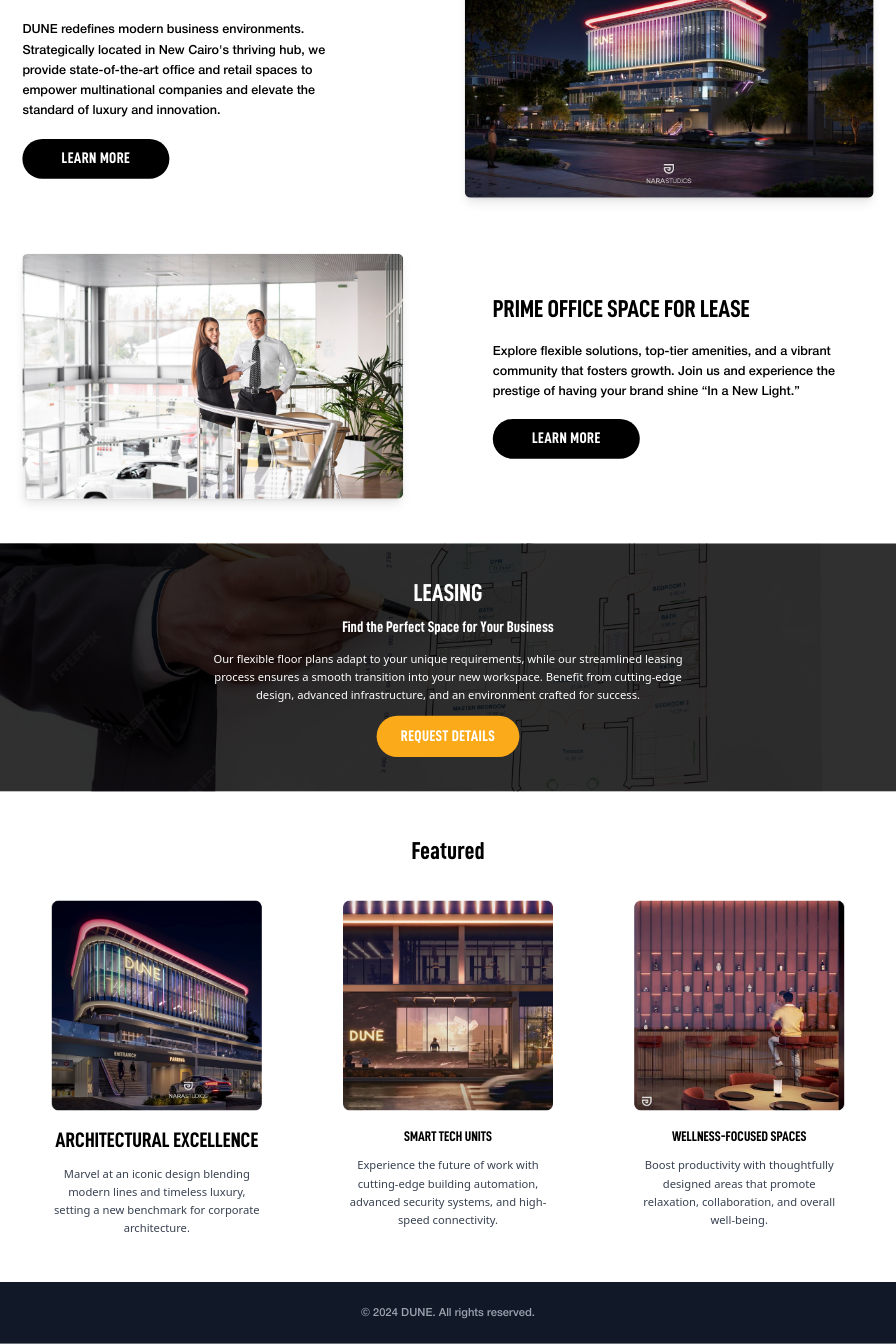
Repository: ahmedassr5765/dune
Page: index.html
The author's editor kept a copy of each file at every save. The page is drawn from the files as they stood at one save, then again after a run of saves.
The browser window is 1280 px wide. The pictures show the part of the page from y = 1328 to 3248 px (the page is 3248 px tall), at 70% of full size.
Some web libraries are served in a nearby version.

Above is the page before, as saved 2025-07-12 18:57:15.

### index.html
<!DOCTYPE html>
<html lang="en" dir="ltr">
<head>
    <meta charset="UTF-8">
    <meta name="viewport" content="width=device-width, initial-scale=1.0">
    <title>DUNE</title>

    <!-- Google Fonts -->
    <link rel="preconnect" href="https://fonts.googleapis.com">
    <link rel="preconnect" href="https://fonts.gstatic.com" crossorigin>
    <link href="https://fonts.googleapis.com/css2?family=DM+Serif+Display:ital@0;1&display=swap" rel="stylesheet">

    <!-- Local Fonts -->
    <style>
        @font-face {
            font-family: 'D-DIN Condensed';
            src: url('./Fonts/D-DINCondensed-Bold.otf') format('opentype');
            font-weight: 700;
            font-style: normal;
        }

        @font-face {
            font-family: 'Helvetica Neue';
            src: url('./Fonts/HelveticaNeueMedium.otf') format('opentype');
            font-weight: 400;
            font-style: normal;
        }
    </style>

    <!-- TailwindCSS -->
    <script src="https://cdn.tailwindcss.com"></script>

    <!-- TailwindCSS Configuration -->
    <script>
        tailwind.config = {
            theme: {
                extend: {
                    fontFamily: {
                        'ddin': ['D-DIN Condensed', 'sans-serif'],
                        'helvetica': ['Helvetica Neue', 'sans-serif'],
                        'dm-serif': ['DM Serif Display', 'serif'],
                    }
                }
            }
        }
    </script>

    <!-- Custom Styles -->
    <style>
        /* RTL Support */
        [dir="rtl"] {
            text-align: right;
        }

        [dir="rtl"] .header-container {
            flex-direction: row-reverse;
        }

        [dir="rtl"] .logo {
            order: 3;
            margin-left: 0;
            margin-right: 0;
        }

        [dir="rtl"] .nav-items {
            order: 2;
            flex-direction: row;
            margin-left: 0;
            margin-right: 0;
            flex: 1;
            justify-content: center;
        }

        [dir="rtl"] .lang-toggle {
            order: 1;
            margin-left: 0;
            margin-right: 0;
        }

        [dir="rtl"] .nav-items a {
            margin-left: 0;
            margin-right: 0;
        }

        /* Language Toggle Button */
        .lang-toggle {
            transition: all 0.3s ease;
        }

        .lang-toggle:hover {
            transform: scale(1.05);
        }

        /* Navigation Active State */
        .nav-active {
            color: #f59e0b;
        }

        /* RTL Animation */
        .rtl-transition {
            transition: all 0.5s ease;
        }

        /* Black Top Bar */
        .top-bar {
            background-color: #000000;
            height: 63px;
        }
    </style>
</head>
<body class="font-helvetica bg-gray-50 rtl-transition">
    <!-- Black Top Bar -->
    <div class="top-bar"></div>

    <!-- Header -->
    <header class="max-w-[1440px] mx-auto bg-white shadow-sm">
        <div class="max-w-8xl mx-auto px-4 border-[#E5E5E5] border-2 sm:px-6 lg:px-8">
            <div class="flex justify-between items-center py-6 header-container">
                <div class="flex items-center logo">
                    <a href="#" class="flex items-center">
                        <img src="/images/logo.svg" alt="DUNE" class="h-8 w-auto">
                    </a>
                </div>
                <nav class="hidden md:flex space-x-20 nav-items">
                    <a href="#" class="text-black hover:text-[#FBAA19] px-3 py-2 text-[24px] font-ddin transition-colors duration-200 nav-link" data-en="HOME" data-ar="الرئيسية">HOME</a>
                    <a href="#" class="text-black hover:text-[#FBAA19] px-3 py-2 text-[24px] font-ddin transition-colors duration-200 nav-link" data-en="ABOUT US" data-ar="معلومات عنا">ABOUT US</a>
                    <a href="#" class="text-black hover:text-[#FBAA19] px-3 py-2 text-[24px] font-ddin transition-colors duration-200 nav-link" data-en="LEASING" data-ar="الإيجار">LEASING</a>
                    <a href="#" class="text-black hover:text-[#FBAA19] px-3 py-2 text-[24px] font-ddin transition-colors duration-200 nav-link" data-en="AMENITIES" data-ar="الخدمات">AMENITIES</a>
                    <a href="#" class="text-black hover:text-[#FBAA19] px-3 py-2 text-[24px] font-ddin transition-colors duration-200 nav-link" data-en="CONTACT US" data-ar="اتصل بنا">CONTACT US</a>
                </nav>
                <div class="flex items-center lang-toggle">
                    <button id="languageToggle" class="bg-black text-white px-4 py-2 text-[28px] font-normal font-dm-serif hover:bg-gray-800 transition-colors duration-200 focus:outline-none focus:ring-2 focus:ring-gray-500 focus:ring-offset-2 rounded-[5px]">
                        En
                    </button>
                </div>
            </div>
        </div>
    </header>

    <!-- Hero Section -->
    <section class="max-w-[1440px] mx-auto relative h-[1024px] bg-cover bg-center bg-no-repeat" style="background-image: url('/images/hero.png');">

        <!-- Text Content Container with Overlay -->
        <div class="absolute bottom-0 left-0 right-0 z-10 h-[350px]">
            <!-- Text Background Overlay -->
            <div class="absolute inset-0" style="background-color: #000000A8;"></div>

            <!-- Text Content -->
            <div class="relative z-20 max-w-7xl mx-auto px-4 sm:px-6 lg:px-8 pb-[90px] pt-[55px] h-full flex flex-col justify-end">
                <div class="">
                    <!-- Main Heading -->
                    <h1 class="text-white font-bold font-ddin mb-4 leading-tight hero-title drop-shadow-lg"
                        style="font-size: 26px; max-width: 741px;"
                        data-en="A premier luxury destination for global brands in the heart of New Cairo."
                        data-ar="وجهة فاخرة ومتميزة للعلامات التجارية العالمية في قلب القاهرة الجديدة.">
                        A premier luxury destination for global brands in the heart of New Cairo.
                    </h1>

                    <!-- Subtitle -->
                    <p class="text-white mb-8 leading-relaxed hero-subtitle font-[300px] font-sans text-[22px] w-[1100px]"
                       data-en="Discover a new era of workspace excellence—where innovation, convenience, and exclusivity converge. Step into DUNE to experience a visionary environment designed for today's most ambitious enterprises."
                       data-ar="اكتشف عصرًا جديدًا من التميز في مساحات العمل، حيث تلتقي الابتكارات والراحة والحصرية. تفضل بزيارة DUNE لتجربة بيئة عمل واعدة مصممة خصيصًا للشركات الأكثر طموحًا في عصرنا.">
                        Discover a new era of workspace excellence—where innovation, convenience, and exclusivity converge. Step into DUNE to experience a visionary environment designed for today's most ambitious enterprises.
                    </p>

                    <!-- CTA Button -->
                    <button class="bg-[#FBAA19] hover:bg-[#e09915] text-white py-[17px] px-[43px] rounded-full text-[20px] transition-colors duration-300 uppercase tracking-wide hero-cta font-ddin"
                            data-en="SCHEDULE A TOUR"
                            data-ar="جدولة جولة">
                        SCHEDULE A TOUR
                    </button>
                </div>
            </div>
        </div>

        <!-- Bottom Logo/Branding -->
        <div class="absolute bottom-8 right-8 z-30">
            <div class="text-white text-xs opacity-60 drop-shadow-md">
                <span class="hero-brand font-ddin" data-en="NARA STUDIOS" data-ar="استوديوهات نارا">NARA STUDIOS</span>
            </div>
        </div>

    </section>

    <!-- Welcome to DUNE Section -->
    <section class="max-w-[1440px] mx-auto bg-white py-16">
        <div class="max-w-7xl mx-auto px-4 sm:px-6 lg:px-8">

            <!-- Welcome to DUNE Block -->
            <div class="grid md:grid-cols-2 gap-12 items-center mb-20">
                <!-- Text Content -->
                <div class="space-y-6">
                    <h2 class="text-black font-bold font-ddin text-[35px] leading-tight welcome-title"
                        data-en="WELCOME TO DUNE"
                        data-ar="مرحباً بكم في DUNE">
                        WELCOME TO DUNE
                    </h2>

                    <p class="text-black text-[18px] max-w-[470px] font-normal leading-relaxed font-helvetica welcome-desc"
                       data-en="DUNE redefines modern business environments. Strategically located in New Cairo's thriving hub, we provide state-of-the-art office and retail spaces to empower multinational companies and elevate the standard of luxury and innovation."
                       data-ar="يُعيد &quot;DUNE&quot; تعريف بيئات الأعمال العصرية. بموقعه الاستراتيجي في قلب القاهرة الجديدة النابض بالحياة، نوفر مساحات مكتبية وتجارية متطورة تُمكّن الشركات متعددة الجنسيات من تحقيق نموّ متسارع، وترتقي بمستوى الفخامة والابتكار.">
                        DUNE redefines modern business environments. Strategically located in New Cairo's thriving hub, we provide state-of-the-art office and retail spaces to empower multinational companies and elevate the standard of luxury and innovation.
                    </p>

                    <button class="bg-black hover:bg-gray-800 text-white py-[12px] px-[56px] rounded-full text-[22px] font-bold transition-colors duration-300 uppercase tracking-wide welcome-cta font-ddin"
                            data-en="LEARN MORE"
                            data-ar="اعرف المزيد">
                        LEARN MORE
                    </button>
                </div>

                <!-- Image -->
                <div class="relative">
                    <img src="/images/welcome.png" alt="DUNE Building" class="w-[600px] h-[350px] object-cover rounded-lg shadow-lg">
                </div>
            </div>

            <!-- Prime Office Space Block -->
            <div class="grid md:grid-cols-2 gap-[128px] items-center">
                <!-- Image -->
                <div class="relative order-2 md:order-1">
                    <img src="/images/office.png" alt="Office Interior" class="w-[600px] h-[350px] object-cover rounded-lg shadow-lg">
                </div>

                <!-- Text Content -->
                <div class="space-y-6 order-1 md:order-2">
                    <h2 class="text-black font-bold font-ddin text-[35px] leading-tight office-title"
                        data-en="PRIME OFFICE SPACE FOR LEASE"
                        data-ar="مساحات مكتبية متميزة للإيجار">
                        PRIME OFFICE SPACE FOR LEASE
                    </h2>

                    <p class="text-black text-[18px] max-w-[498px] font-normal leading-relaxed font-helvetica office-desc"
                       data-en="Explore flexible solutions, top-tier amenities, and a vibrant community that fosters growth. Join us and experience the prestige of having your brand shine &quot;In a New Light.&quot;"
                       data-ar="استكشف حلولاً مرنة، ومرافق فاخرة، ومجتمعًا نابضًا بالحياة يُعزز النمو
                       . انضم إلينا واختبر روعة علامتك التجارية التي تتألق &quot;في ضوء جديد&quot;.">
                       Explore flexible solutions, top-tier amenities, and a vibrant community
                       that fosters growth. Join us and experience the prestige
                       of having your brand shine “In a New Light.”
                    </p>

                    <button class="bg-black hover:bg-gray-800 text-white py-[12px] px-[56px] rounded-full text-[22px] font-bold transition-colors duration-300 uppercase tracking-wide office-cta font-ddin"
                            data-en="LEARN MORE"
                            data-ar="اعرف المزيد">
                        LEARN MORE
                    </button>
                </div>
            </div>

        </div>
    </section>

    <!-- Leasing Section -->
    <section class="max-w-[1440px] mx-auto relative h-[354px] bg-cover bg-center bg-no-repeat" style="background-image: url('/images/leasing.png');">

        <!-- Dark Overlay -->
        <div class="absolute inset-0" style="background-color: #000000CF;"></div>

        <!-- Content -->
        <div class="relative z-10 h-full flex flex-col justify-center items-center text-center px-4 sm:px-6 lg:px-8">
            <div class="max-w-4xl mx-auto">
                <!-- Main Heading -->
                <h2 class="text-white font-bold font-ddin text-[35px] mb-[14px] leading-tight leasing-title"
                    data-en="LEASING"
                    data-ar="التأجير">
                    LEASING
                </h2>

                <!-- Subheading -->
                <h3 class="text-white font-bold font-ddin text-[22px] mb-[17px] leading-tight leasing-subtitle"
                    data-en="Find the Perfect Space for Your Business"
                    data-ar="اعثر على المساحة المثالية لعملك">
                    Find the Perfect Space for Your Business
                </h3>

                <!-- Description -->
                <p class="text-white text-[16px] leading-relaxed font-normal font-sans mb-[17px] max-w-[689px] mx-auto leasing-desc"
                   data-en="Our flexible floor plans adapt to your unique requirements, while our streamlined leasing process ensures a smooth transition into your new workspace. Benefit from cutting-edge design, advanced infrastructure, and an environment crafted for success."
                   data-ar="تتكيف مخططات الأرضيات المرنة لدينا مع متطلباتك الفريدة، بينما تضمن عملية التأجير المبسطة لدينا انتقالاً سلساً إلى مساحة العمل الجديدة. استفد من التصميم المتطور والبنية التحتية المتقدمة والبيئة المصممة للنجاح.">
                    Our flexible floor plans adapt to your unique requirements, while our streamlined leasing process ensures a smooth transition into your new workspace. Benefit from cutting-edge design, advanced infrastructure, and an environment crafted for success.
                </p>

                <!-- CTA Button -->
                <button class="bg-[#FBAA19] hover:bg-[#e09915] text-white py-[13px] px-[34px] rounded-full text-[22px] font-bold transition-colors duration-300 uppercase tracking-wide leasing-cta font-ddin"
                        data-en="REQUEST DETAILS"
                        data-ar="طلب التفاصيل">
                    REQUEST DETAILS
                </button>
            </div>
        </div>

    </section>

    <!-- Featured Section -->
    <section class="max-w-[1440px] mx-auto bg-white py-16">
        <div class="max-w-7xl mx-auto px-4 sm:px-6 lg:px-8">

            <!-- Main Heading -->
            <div class="text-center mb-12">
                <h2 class="text-black font-bold font-ddin text-[35px] leading-tight featured-main-title"
                    data-en="Featured"
                    data-ar="مميز">
                    Featured
                </h2>
            </div>

            <!-- Featured Grid -->
            <div class="grid md:grid-cols-3 gap-8">

                <!-- Featured Item 1 -->
                <div class="text-center">
                    <div class="relative overflow-hidden rounded-lg mb-6">
                        <img src="/images/featured.png" alt="Architectural Excellence" class="w-[300px] h-[300px] object-cover mx-auto">
                    </div>
                    <h3 class="text-black font-bold font-ddin text-[30px] mb-4 leading-tight featured-title-1"
                        data-en="ARCHITECTURAL EXCELLENCE"
                        data-ar="التميز المعماري">
                        ARCHITECTURAL EXCELLENCE
                    </h3>
                    <p class="text-gray-700 text-[16px] leading-relaxed font-sans max-w-[300px] mx-auto featured-desc-1"
                       data-en="Marvel at an iconic design blending modern lines and timeless luxury, setting a new benchmark for corporate architecture."
                       data-ar="استمتع بتصميم أيقوني يمزج بين الخطوط الحديثة والفخامة الخالدة، مما يضع معياراً جديداً للعمارة المؤسسية.">
                        Marvel at an iconic design blending modern lines and timeless luxury, setting a new benchmark for corporate architecture.
                    </p>
                </div>

                <!-- Featured Item 2 -->
                <div class="text-center">
                    <div class="relative overflow-hidden rounded-lg mb-6">
                        <img src="/images/featured-2.png" alt="Smart Tech Units" class="w-[300px] h-[300px] object-cover mx-auto">
                    </div>
                    <h3 class="text-black font-bold font-ddin text-[20px] mb-4 leading-tight featured-title-2"
                        data-en="SMART TECH UNITS"
                        data-ar="وحدات التكنولوجيا الذكية">
                        SMART TECH UNITS
                    </h3>
                    <p class="text-gray-700 text-[16px] leading-relaxed font-sans max-w-[300px] mx-auto featured-desc-2"
                       data-en="Experience the future of work with cutting-edge building automation, advanced security systems, and high-speed connectivity."
                       data-ar="اختبر مستقبل العمل مع أتمتة المباني المتطورة وأنظمة الأمان المتقدمة والاتصال عالي السرعة.">
                        Experience the future of work with cutting-edge building automation, advanced security systems, and high-speed connectivity.
                    </p>
                </div>

                <!-- Featured Item 3 -->
                <div class="text-center">
                    <div class="relative overflow-hidden rounded-lg mb-6">
                        <img src="/images/featured-3.png" alt="Wellness-Focused Spaces" class="w-[300px] h-[300px] object-cover mx-auto">
                    </div>
                    <h3 class="text-black font-bold font-ddin text-[20px] mb-4 leading-tight featured-title-3"
                        data-en="WELLNESS-FOCUSED SPACES"
                        data-ar="المساحات المركزة على العافية">
                        WELLNESS-FOCUSED SPACES
                    </h3>
                    <p class="text-gray-700 text-[16px] leading-relaxed font-sans max-w-[300px] mx-auto featured-desc-3"
                       data-en="Boost productivity with thoughtfully designed areas that promote relaxation, collaboration, and overall well-being."
                       data-ar="عزز الإنتاجية مع المناطق المصممة بعناية التي تعزز الاسترخاء والتعاون والرفاهية العامة.">
                        Boost productivity with thoughtfully designed areas that promote relaxation, collaboration, and overall well-being.
                    </p>
                </div>

            </div>

        </div>
    </section>

    <!-- Footer -->
    <footer class="bg-gray-900 text-white">
        <div class="max-w-7xl mx-auto px-4 sm:px-6 lg:px-8 py-8">
            <div class="text-center">
                <p class="text-gray-400 footer-text" data-en="&copy; 2024 DUNE. All rights reserved." data-ar="&copy; 2024 ديون. جميع الحقوق محفوظة.">&copy; 2024 DUNE. All rights reserved.</p>
            </div>
        </div>
    </footer>

    <!-- External JavaScript -->
    <script src="index.js"></script>
</body>
</html>

Loaded but not shown: index.js (172 lines, source omitted)

After the next 2 saves:
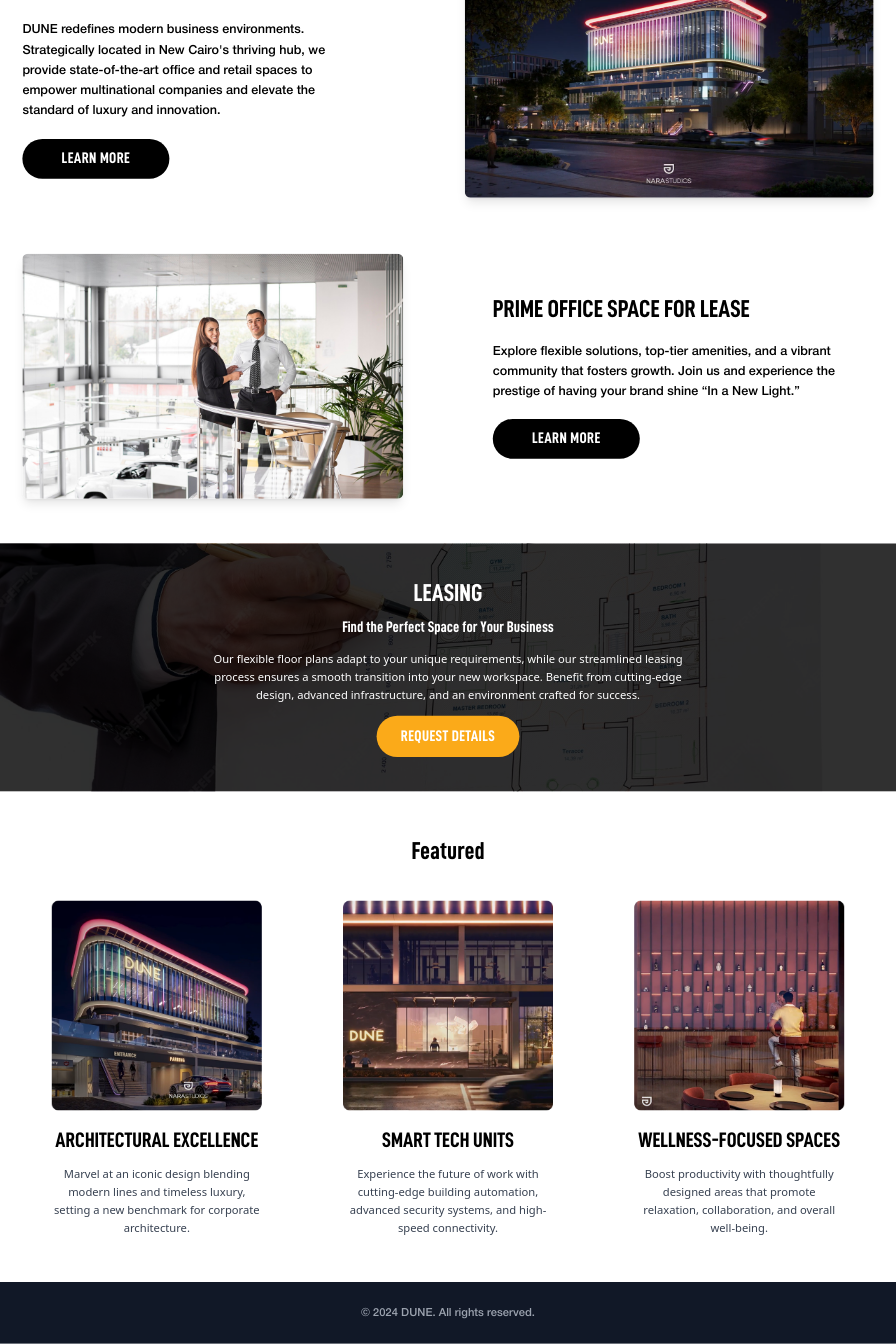
The 2 saves are shown as one change because they came seconds apart.
The last was saved 8 s later.
--- a/index.html
+++ b/index.html
@@ -329,7 +329,7 @@
                     <div class="relative overflow-hidden rounded-lg mb-6">
                         <img src="/images/featured-2.png" alt="Smart Tech Units" class="w-[300px] h-[300px] object-cover mx-auto">
                     </div>
-                    <h3 class="text-black font-bold font-ddin text-[20px] mb-4 leading-tight featured-title-2"
+                    <h3 class="text-black font-bold font-ddin text-[30px] mb-4 leading-tight featured-title-2"
                         data-en="SMART TECH UNITS"
                         data-ar="وحدات التكنولوجيا الذكية">
                         SMART TECH UNITS
@@ -346,7 +346,7 @@
                     <div class="relative overflow-hidden rounded-lg mb-6">
                         <img src="/images/featured-3.png" alt="Wellness-Focused Spaces" class="w-[300px] h-[300px] object-cover mx-auto">
                     </div>
-                    <h3 class="text-black font-bold font-ddin text-[20px] mb-4 leading-tight featured-title-3"
+                    <h3 class="text-black font-bold font-ddin text-[30px] mb-4 leading-tight featured-title-3"
                         data-en="WELLNESS-FOCUSED SPACES"
                         data-ar="المساحات المركزة على العافية">
                         WELLNESS-FOCUSED SPACES
